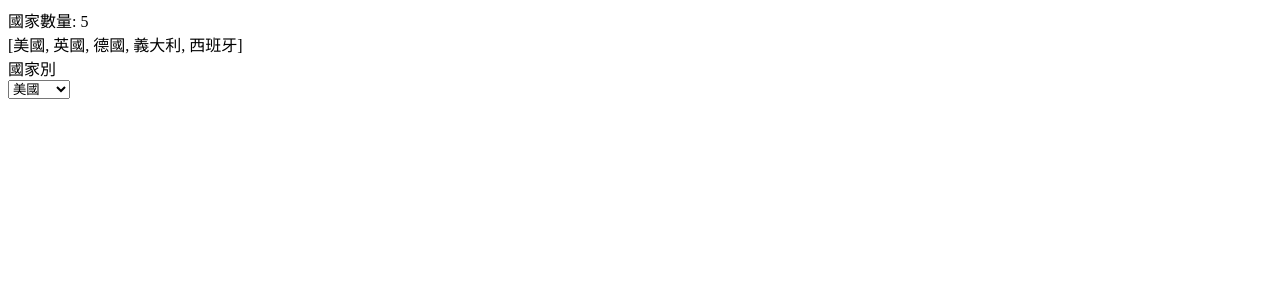
Repository: JunTingLin/web0620
Page: http://localhost/myWeb/CountryListServlet
These files come from the project's save history. The page is drawn as it stood at one moment and after the next save; the edit follows.
The browser window is 1280 px wide. The pictures show the whole page.
The page is served by Tomcat 9.

Above is the page before, as saved 2022-06-25 08:15:57.

After the next save:
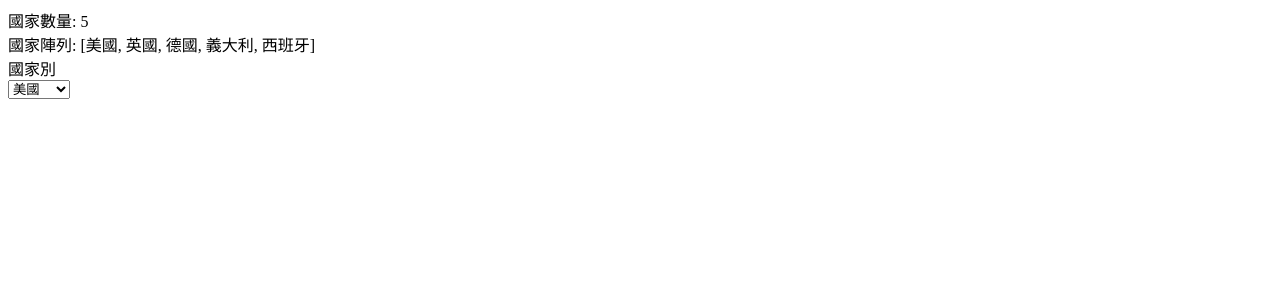
Saved 54 s later.
--- a/myWeb/src/main/webapp/countryselect.jsp
+++ b/myWeb/src/main/webapp/countryselect.jsp
@@ -11,7 +11,9 @@
 
 	<form>
 		<div>國家數量: ${countries.size()}</div>
-		<c:out value="${ requestScope.countries }">陣列: </c:out>
+		<div>國家陣列:
+			<c:out value="${ requestScope.countries }"></c:out>
+		</div>
 		<div>國家別</div>
 		<select>
 			<!-- 走回圈將傳遞進來的attribute 國家別清單逐一產生option標籤內容 -->
